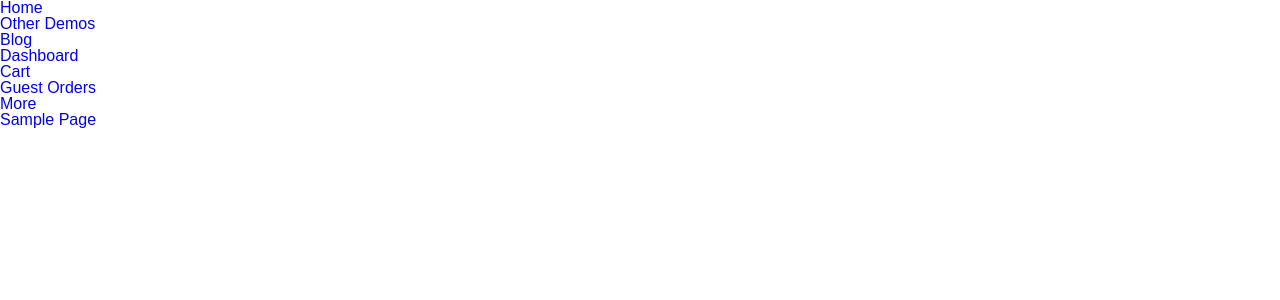
Repository: lannguyen1301/f8-zoom-day-5
Page: menu-enhanced.html
An editor plug-in stored every save of this project. The page is shown before and after a run of saves, followed by the edit.
The browser window is 1280 px wide. The pictures show the whole page.

Above is the page before, as saved 2025-04-21 13:03:00.

### menu-enhanced.html
<!DOCTYPE html>
<html lang="en">

<head>
    <meta charset="UTF-8">
    <meta name="viewport" content="width=device-width, initial-scale=1.0">
    <title>Menu Enhanced</title>
    <link rel="stylesheet" href="./assets/css/reset.css">
    <link rel="stylesheet" href="./assets/css/style.css">
</head>

<body>
    <nav class="navbar">
        <ul class="navbar-list">
            <li class="navbar-item active">
                <a href="!#" class="nabar-link">Home</a>
            </li>
            <li class="navbar-item">
                <a href="!#" class="nabar-link">Other Demos</a>
            </li>
            <li class="navbar-item">
                <a href="!#" class="nabar-link">Blog</a>
            </li>
            <li class="navbar-item">
                <a href="!#" class="nabar-link">Dashboard</a>
            </li>
            <li class="navbar-item">
                <a href="!#" class="nabar-link">Cart</a>
            </li>
            <li class="navbar-item">
                <a href="!#" class="nabar-link">Guest Orders</a>
            </li>
            <li class="navbar-item">
                <a href="!#" class="nabar-link">More</a>
            </li>
            <li class="navbar-item">
                <a href="!#" class="nabar-link">Sample Page</a>
            </li>
        </ul>
    </nav>
</body>

</html>

### assets/css/style.css
* {
    box-sizing: border-box;
}

html {
    font-size: 62.5%;
}

body {
    font-size: 1.6rem;
    font-family: "poppins", sans-serif;
}

/* commot*/
a {
    text-decoration: none;
}

.inner {
    margin: 0 auto;
    padding: 20px;
}

.title-desc {
    font-size: 3rem;
    text-align: center;
    font-weight: 900;
    color: orange;
}

Loaded but not shown: assets/css/reset.css (common file)

After the next 4 saves:
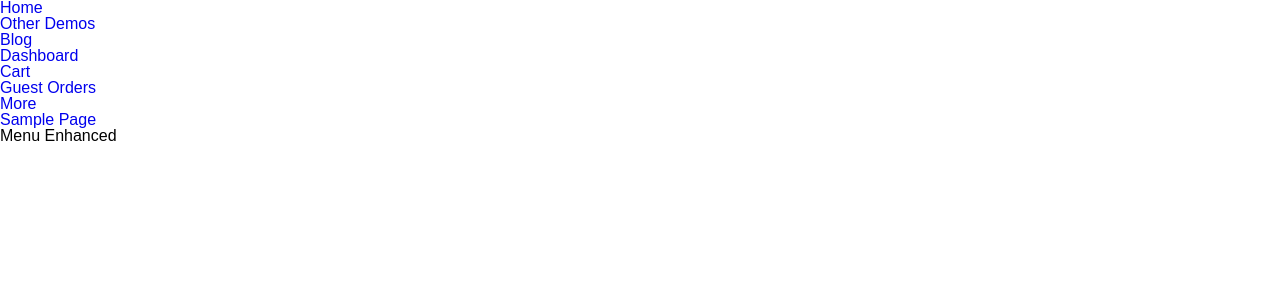
The 4 saves are shown as one change because they came seconds apart.
The last was saved 13 s later.
--- a/menu-enhanced.html
+++ b/menu-enhanced.html
@@ -38,6 +38,8 @@
             </li>
         </ul>
     </nav>
+
+    <h1>Menu Enhanced</h1>
 </body>
 
 </html>
